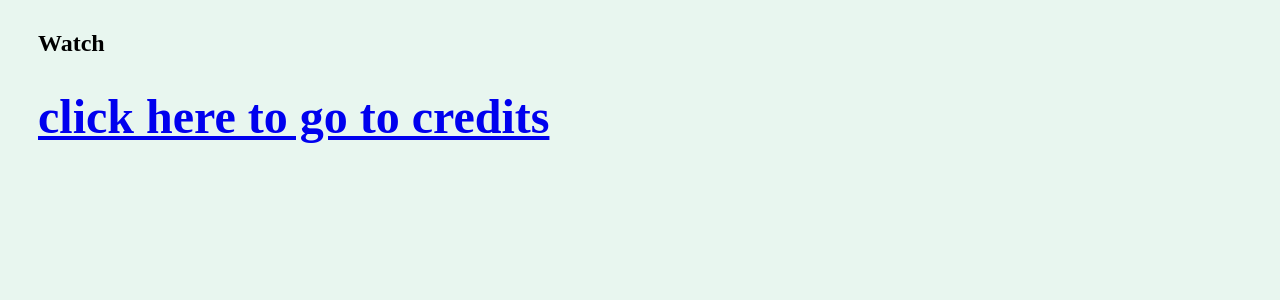
Repository: neomort/comm-lab-vid-site
Page: watch.html
An editor plug-in stored every save of this project. The page is shown before and after the next save, followed by the edit.
The browser window is 1280 px wide. The pictures show the whole page.

Above is the page before, as saved 2021-09-12 22:52:14.

### watch.html
<!DOCTYPE html>

<head>
<title>Watch the movie</title>
<link rel="icon" href="images/chicken.png"/>
<link rel="stylesheet" href="./css/styles.css" />
</head>

<body class="bg-2">
  <div >
    <div class="default-margin">
  <h2>Watch<h2>

    <a href="credits.html"><h1>click here to go to credits</h1></a>
  </div>
  </div>
</body>

### css/styles.css
/* background colors */
/* color scheme */
.bg-1 {
  /* Yellow */
  background: #FFE194;
}

.bg-2 {
  /* Light */
  background: #E8F6EF;
}

.bg-3 {
  /* medium */
  background: #E8F6EF;
}

.bg-4 {
  /* dark */
  background: #4C4C6D;
}

.text-light {
  /* Light */
  color: #E8F6EF;
}

.text-dark {
  /* dark */
  background: #4C4C6D;
}

.font {
  font-family: Poppins;
}



/* flex properties */

.row {
  display: flex;
}

.column {
  flex: 50%;
  padding: 10px;
}

.column-2 {
  flex: 50%;
  padding: 10px;
  align-content: end;
}

.default-margin{
  margin: 30px;

}

/* fancy container button */

.container {
  position: relative;
  text-align: center;
  opacity: 70%;
  transition: 0.3s;
}

.container img{
  border-radius: 10px;
  width: 100%;
  opacity: 100%;
  transition: 0.3s;
}

.container:hover {
  position: relative;
  text-align: center;
  opacity: 100%;
  transition: 0.3s;
}

.container:hover .show{
  opacity: 1;
}

.show {
  opacity: 0;
  transition: 0.3s;
}


/* .drop-container{
  object-fit: cover;
  position: relative;
  text-align: center;
  opacity: 70%;
  transition: 0.3s;
}

.image-2{
  object-fit: cover;
  border-radius: 10px;
  width: 1000px;
  opacity: 100%;

  transition: 0.3s;
}

.drop-container:hover .image-2{
  object-fit: cover;
  border-radius: 10px;
  width: 100%;
  opacity: 100%;
  height: 300px;
  transition: 0.3s;
} */







.centered-text {
  position: absolute;
  top: 50%;
  left: 50%;
  transform: translate(-50%, -50%);
}

After the next save:
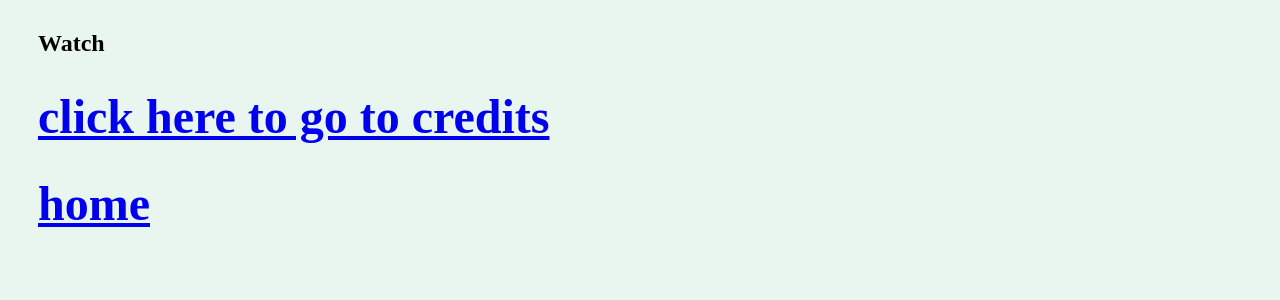
Saved 52 s later.
--- a/watch.html
+++ b/watch.html
@@ -12,6 +12,7 @@
   <h2>Watch<h2>
 
     <a href="credits.html"><h1>click here to go to credits</h1></a>
+    <a href="index.html"><h1>home</h1></a>
   </div>
   </div>
 </body>
